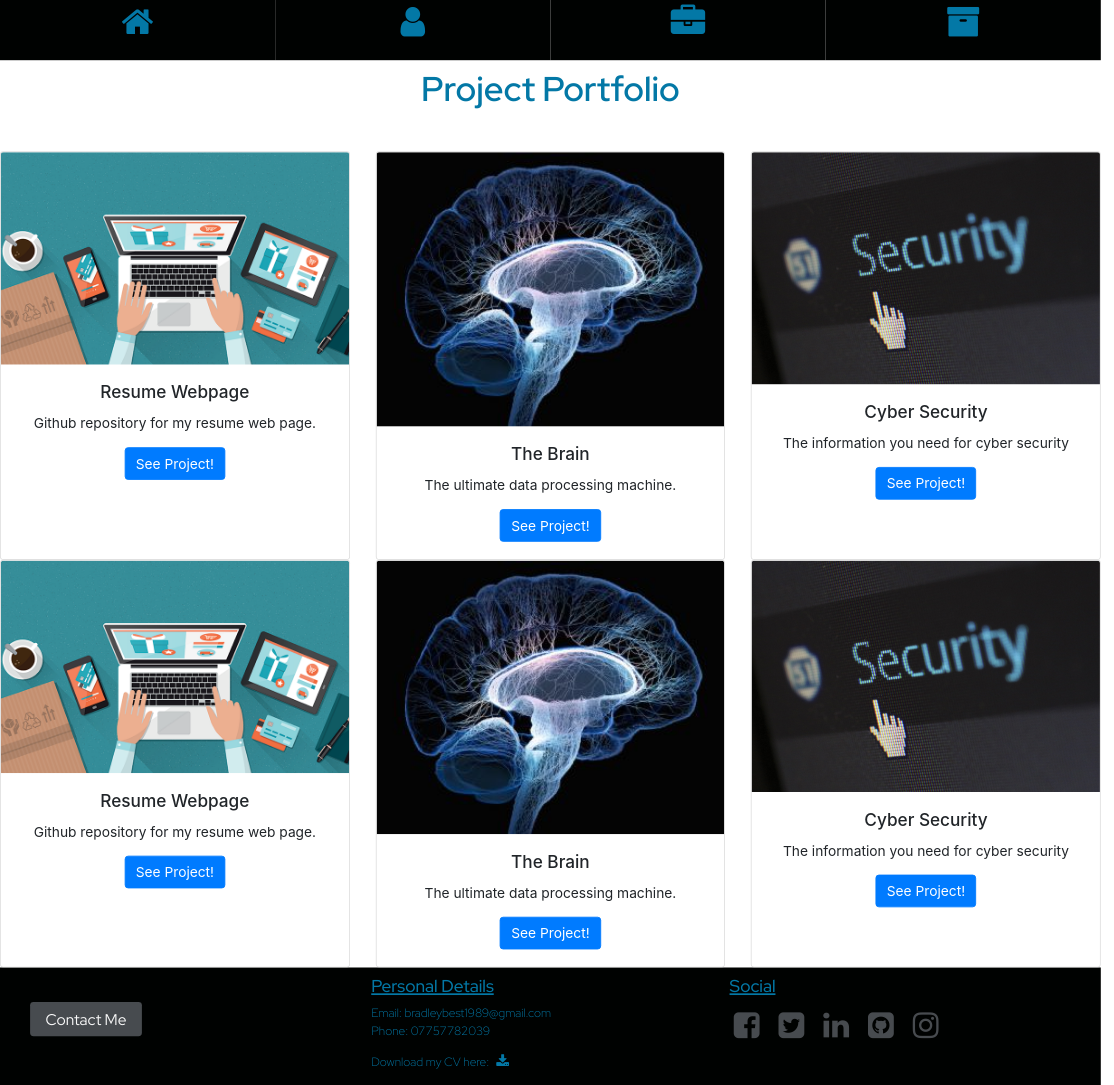
Repository: Brad000/Resume-project
Page: projects.html
The author's editor kept a record of every edit. The page is drawn from the files as they stood at one moment, then again after the next edit.
The browser window is 1280 px wide. The page is 1295 px wide, then 1280 px, so the pictures cover 1295 px, including what lies to the right of the window. The pictures show the whole page, at 86% of full size.

Above is the page before.

### projects.html
<!DOCTYPE html>
<html lang="en">

<head>
    <meta charset="UTF-8">
    <meta name="viewport" content="width=device-width, initial-scale=1.0">
    <meta http-equiv="X-UA-Compatible" content="ie=edge">
    <link rel="stylesheet" href="https://stackpath.bootstrapcdn.com/bootstrap/4.3.1/css/bootstrap.min.css" type="text/css" />
    <link rel="stylesheet" href="https://stackpath.bootstrapcdn.com/font-awesome/4.7.0/css/font-awesome.min.css" type="text/css" />
    <link rel="stylesheet" href="assets/css/style.css" type="text/css" />
    <link rel="stylesheet" href="https://cdnjs.cloudflare.com/ajax/libs/hover.css/2.3.1/css/hover-min.css" type="text/css" />
    <title>Bradley Best - Full Stack Web Developer</title>
</head>

<body>
    <!---------------------------NavBar------------------------------------>
    <header>
        <div class="row no-gutters">
            <div class="col-3 nav-item">
                <i class="fa fa-home"></i>
                <a id="nav-link" href="index.html">
                    <h5 id="nav-text">Home</h5>
                </a>
            </div>
            <div class="col-3 nav-item">
                <i class="fa fa-user"></i>
                <a id="nav-link" href="about-me.html">
                    <h5 id="nav-text">About Me</h5>
                </a>
            </div>
            <div class="col-3 nav-item">
                <i class="fa fa-briefcase"></i>
                <a id="nav-link" href="work-history.html">
                    <h5 id="nav-text">Work History</h5>
                </a>
            </div>
            <div class="col-3 nav-item">
                <i class="fa fa-archive"></i>
                <a id="nav-link" href="projects.html">
                    <h5 id="nav-text">Portfolio</h5>
                </a>
            </div>
        </div>
    </header>
    <!------------------------Project Portfolio------------------------------>
    <div class="row no-gutters">
        <div class="col-12 no-gutters">
            <h2 class="main-headings project-heading">Project Portfolio</h2>
        </div>
    </div>
    <div class="card-deck">
        <div class="card text-center">
            <img src="assets/images/online.png" class="card-img-top" alt="Resume Icon">
            <div class="card-body">
                <h5 class="card-title">Resume Webpage</h5>
                <p class="card-text">Github repository for my resume web page.</p>
                <a href="#" class="btn btn-primary">See Project!</a>
            </div>
        </div>
        <div class="card text-center">
            <img src="assets/images/brain.jpg" class="card-img-top" alt="The Human Brain">
            <div class="card-body">
                <h5 class="card-title">The Brain</h5>
                <p class="card-text">The ultimate data processing machine.</p>
                <a href="#" class="btn btn-primary">See Project!</a>
            </div>
        </div>
        <div class="card text-center">
            <img src="assets/images/cyber.jpg" class="card-img-top" alt="Cyber security logo">
            <div class="card-body">
                <h5 class="card-title">Cyber Security</h5>
                <p class="card-text">The information you need for cyber security</p>
                <a href="#" class="btn btn-primary">See Project!</a>
            </div>
        </div>
    </div>
    <div class="card-deck">
        <div class="card text-center">
            <img src="assets/images/online.png" class="card-img-top" alt="Resume Icon">
            <div class="card-body">
                <h5 class="card-title">Resume Webpage</h5>
                <p class="card-text">Github repository for my resume web page.</p>
                <a href="#" class="btn btn-primary">See Project!</a>
            </div>
        </div>
        <div class="card text-center">
            <img src="assets/images/brain.jpg" class="card-img-top" alt="The Human Brain">
            <div class="card-body">
                <h5 class="card-title">The Brain</h5>
                <p class="card-text">The ultimate data processing machine.</p>
                <a href="#" class="btn btn-primary">See Project!</a>
            </div>
        </div>
        <div class="card text-center">
            <img src="assets/images/cyber.jpg" class="card-img-top" alt="Cyber security logo">
            <div class="card-body">
                <h5 class="card-title">Cyber Security</h5>
                <p class="card-text">The information you need for cyber security</p>
                <a href="#" class="btn btn-primary">See Project!</a>
            </div>
        </div>
    </div>

    <!---------------------------Footer------------------------------------>

    <footer class="container-fluid">
        <div class="row no-gutters" id="footer-details">
            <div class="col-sm-4">
                <button type="button" class="btn btn-secondary contact-button" data-toggle="modal" data-target="#exampleModal">Contact Me</button>
            </div>
            <div class="col-sm-4 footer-headings">
                <h5 class="sub-headings">Personal Details</h5>
                <div class="key">
                    <p class="personal-info-text">
                        Email: bradleybest1989@gmail.com
                    </p>
                </div>
                <div class="personal-info-text">
                    <p>
                        Phone: 07757782039
                    </p>
                </div>
                <div class="personal-info-text">
                    <p class="cv-text">Download my CV here:
                        <span><a href="assets/cv/CV.pdf" target="_blank" class="cv-pdf"></a>
                        <i class="fa fa-download cv-link" aria-hidden="true"></i>
                        </span>
                    </p>
                </div>
            </div>
            <div class="col-sm-4">
                <h5 class="footer-headings sub-headings">Social</h5>
                <ul class="list-inline">
                    <li class="list-inline-item social-links">
                        <a target="_blank" href="https://www.facebook.com/profile.php?id=100010751790168">
                            <i class="fa fa-facebook-square" aria-hidden="true"></i>
                            <span class="sr-only">Facebook</span>
                        </a>
                    </li>
                    <li class="list-inline-item social-links">
                        <a target="_blank" href="https://twitter.com/BradleyBest28">
                            <i class="fa fa-twitter-square" aria-hidden="true"></i>
                            <span class="sr-only">Twitter</span>
                        </a>
                    </li>
                    <li class="list-inline-item social-links">
                        <a target="_blank" href="https://www.linkedin.com/in/bradley-best-b56072188/">
                            <i class="fa fa-linkedin" aria-hidden="true"></i>
                            <span class="sr-only">Linkedin</span>
                        </a>
                    </li>
                    <li class="list-inline-item social-links">
                        <a target="_blank" href="https://github.com/Brad000/Resume-project">
                            <i class="fa fa-github-square" aria-hidden="true"></i>
                            <span class="sr-only">GitHub</span>
                        </a>
                    </li>
                    <li class="list-inline-item social-links">
                        <a target="_blank" href="https://www.instagram.com/brad_best0/?hl=en">
                            <i class="fa fa-instagram" aria-hidden="true"></i>
                            <span class="sr-only">Instagram</span>
                        </a>
                    </li>
                </ul>
            </div>
        </div>
    </footer>
</body>

</html>

### assets/css/style.css
@import url('https://fonts.googleapis.com/css?family=Red+Hat+Display:100,200,300,400,500,600,700');

/*-------------------Nav----------------------*/

.background {
  height: 100vh;
  width: 100%;
}

.nav-item {
  height: 70px;
  background-color: #000201;
  text-align: center;
  padding: 0;
}

.fa-home,
.fa-user,
.fa-archive,
.fa-briefcase {
  font-size: 25px;
  color: #0378A6;
  padding: 10px;
}

#nav-text {
  font-family: 'Red Hat Display', sans-serif;
  font-size: 12px;
  font-weight: 600;
  color: #0378A6;
  opacity: 1;
  cursor: pointer;
  text-decoration: none;
  transition: opacity 0.5s ease-in-out;
  -moz-transition: opacity 0.5s ease-in-out;
  -webkit-transition: opacity 0.5s ease-in-out;
  -o-transition: opacity 0.5s ease-in-out;
}

#nav-text:hover {
  opacity: 1;
}

#nav-link {
  text-decoration: none;
}

.landing-name {
  position: absolute;
  margin: 0;
  top: 40%;
  left: 50%;
  transform: translate(-50%, -50%);
  color: #fafafa;
  font-family: 'Red Hat Display', sans-serif;
  font-weight: 100;
  font-size: 26px;
}

.landing-text {
  position: absolute;
  top: 50%;
  left: 50%;
  transform: translate(-50%, -50%);
  color: #fafafa;
  font-family: 'Red Hat Display', sans-serif;
  font-weight: 400;
  font-size: 14px;
}


/*-------------------About Me-----------------*/

.about-me-container {
  background-color: #0378A6;
}

.about-me-text {
  padding-left: 15px;
  padding-right: 15px;
  font-family: 'Red Hat Display', sans-serif;
  color: #fafafa;
}

.main-headings {
  padding-top: 10px;
  padding-bottom: 25px;
  text-align: center;
  font-weight: 600;
  font-size: 40px;
}

.headings {
  padding-bottom: 10px;
  font-size: 25px;
  font-weight: 300;
}

.about-me-para {
  padding-bottom: 5px;
  font-size: 16px;
  line-height: 1.8em;
  font-weight: 100;
}

/*-------------------Skills-------------------*/

.skills-container {
  background-color: #fafafa
}

.skills-text {
  font-family: 'Red Hat Display', sans-serif;
  color: #0378a6;
  padding-left: 15px;
  padding-right: 15px;
}

.skills-heading {
  text-align: left;
  color: #0378a6;
  font-size: 25px;
  font-weight: 500;
  padding-top: 10px;
}

.fa-desktop,
.fa-cog,
.fa-book {
  padding-right: 10px;
  font-size: 28px;
}

.skills-para {
  padding-bottom: 30px;
  font-size: 16px;
  line-height: 1.8em;
  font-weight: 400;
}

@keyframes load {
  from {
    width: 0%
  }
}

@-webkit-keyframes load {
  from {
    width: 0%
  }
}

@-moz-keyframes load {
  from {
    width: 0%
  }
}

@-o-keyframes load {
  from {
    width: 0%
  }
}

.bar {
  background-color: #5f6366;
  padding: 0;
  border-radius: 5px;
  margin-bottom: 20px;
  font-size: 14px;
  color: #5f6366;
  font-weight: 300;
  font-family: 'Red Hat Display', sans-serif;
  text-shadow: 1px 1px 1px rgba(0, 0, 0, 0.5);
  margin-left: 20px;
  margin-right: 20px;
}

.bar::before {
  content: attr(data-skill);
  background-color: #04C4D9;
  display: inline-block;
  padding: 5px 0 5px 10px;
  border-radius: inherit;
  animation: load 2s 0s;
  -webkit-animation: load 2s 0s;
  -moz-animation: load 2s 0s;
  -o-animation: load 2s 0s;
}

.bar.front::before {
  background-color: #90ccf4;
}

.bar.back::before {
  background-color: #5da2d5;
}

.bar.learning::before {
  background-color: #f78888;
}

.bar.learning::before {
  width: calc(20% - 10px);
}

.bar.basic::before {
  width: calc(40% - 10px);
}

.bar.intermediate::before {
  width: calc(60% - 10px);
}

.bar.advanced::before {
  width: calc(70% - 10px);
}

.bar.expert::before {
  width: calc(90% - 10px);
}

/*---------------Work History------------------*/

.work-history-container {
  background-color: #fafafa
}

.work-headings {
  font-family: 'Red Hat Display', sans-serif;
  color: #0378a6;
  padding-left: 15px;
  padding-right: 15px;
}

.timeline-item {
  padding: 4em 2em 0em 2em;
  position: relative;
  color: #0378a6;
  border-left: 3px solid;
  margin-left: 30px;
  font-family: 'Red Hat Display', sans-serif;
}

.timeline-item p {
  padding: 0;
  margin: 0;
}

.timeline-item:before {
  content: attr(data-dates);
  position: absolute;
  left: 2.5em;
  top: 3em;
  display: block;
  font-family: 'Red Hat Display', sans-serif;
  font-weight: 500;
  font-size: 0.8em;
  padding: 0;
  margin: 0;
}

.timeline-item:after {
  width: 14px;
  height: 14px;
  display: block;
  top: 2.4em;
  position: absolute;
  left: -8px;
  border-radius: 12px;
  content: ' ';
  background: #0378a6;
}

.history-items {
  margin-bottom: 55px;
}

#work-link {
  color: #0378a6;
}

/*-------------------Why Web-------------------*/

.why-web-container {
  background-color: #0378A6;
}

.why-headings {
  padding-left: 15px;
  padding-right: 15px;
  padding-bottom: 65px;
  font-family: 'Red Hat Display', sans-serif;
  color: #fafafa;
}

.why-para {
  font-family: 'Red Hat Display', sans-serif;
  padding-left: 20px;
  padding-right: 20px;
  padding-bottom: 5px;
  font-size: 18px;
  line-height: 1.9em;
  font-weight: 100;
  color: #fafafa;
}

.quote {
  font-family: 'Red Hat Display', sans-serif;
  font-size: 18px;
  line-height: 1.8em;
  font-weight: 600;
  color: #fafafa;
  padding-bottom: 5px;
  padding-top: 70px;
  padding-left: 20px;
  padding-right: 20px;
}

/*---------------Project Portfolio------------*/

.project-heading {
  font-family: 'Red Hat Display', sans-serif;
  color: #0378A6;
  padding-bottom: 40px;
}

#card-left {
  margin-left: 25px;
  margin-bottom: 10px;
}

/*-------------------Footer-------------------*/

footer {
  background-color: #000201;
  color: #0378A6;
  min-height: 120px;
  margin: 0;
  font-size: 18px;
  font-family: 'Red Hat Display', sans-serif;
  font-weight: 300;

}

.sub-headings {
  padding-top: 10px;
  text-decoration: underline;
}

.contact-button {
  width: 130px;
  border: 0;
  height: 40px;
  margin-left: 0;
  margin-top: 10px;
  margin-bottom: 10px;
  text-align: center;
  font-size: 18px;
  color: #fafafa;
  background: #474b4f;
  transition: background 0.5s ease-in-out;
  -moz-transition: background 0.5s ease-in-out;
  -webkit-transition: background 0.5s ease-in-out;
  -o-transition: background 0.5s ease-in-out;
}

.contact-button:hover {
  background-color: #04C4D9;
}

.personal-info-text {
  margin: 0;
  font-size: 14px;
  font-weight: 200;
}

.cv-link {
  margin-left: 5px;
  font-size: 16px;
  color: #0378A6;
  transition: color 0.5s ease-in-out;
  -moz-transition: color 0.5s ease-in-out;
  -webkit-transition: color 0.5s ease-in-out;
  -o-transition: color 0.5s ease-in-out;
}

.cv-link:hover {
  color: #025E73;
  cursor: pointer;
}

.social-links a {
  color: #474b4f;
  font-size: 35px;
  padding: 5px;
  transition: color 0.5s ease-in-out;
  -moz-transition: color 0.5s ease-in-out;
  -webkit-transition: color 0.5s ease-in-out;
  -o-transition: color 0.5s ease-in-out;
}

.social-links a:hover {
  color: #04C4D9;
}

/*----------------Media Queries---------------*/

@media(min-width: 575px) {
  .contact-button {
    margin-top: 40px;
    margin-left: 20px;
  }
}

@media(min-width: 575px) {
  .fa-home,
  .fa-user,
  .fa-archive,
  .fa-briefcase {
    font-size: 40px;
    padding: 5px;
  }
}

@media(min-width: 575px) {
  #nav-text {
    opacity: 0;
    font-size: 14px;
  }
}

@media(min-width: 374px) {
  .landing-name {
    font-size: 33px;
  }
  .landing-text {
    font-size: 16px;
  }
}

@media(min-width: 767px) {
  .landing-name {
    font-size: 60px;
    padding-bottom: 15px;
  }
  .landing-text {
    font-size: 30px;
  }
}

@media(min-width: 1024px) {
  .landing-name {
    font-size: 80px;
  }
  .landing-text {
    font-size: 40px;
  }
}

After the next edit:
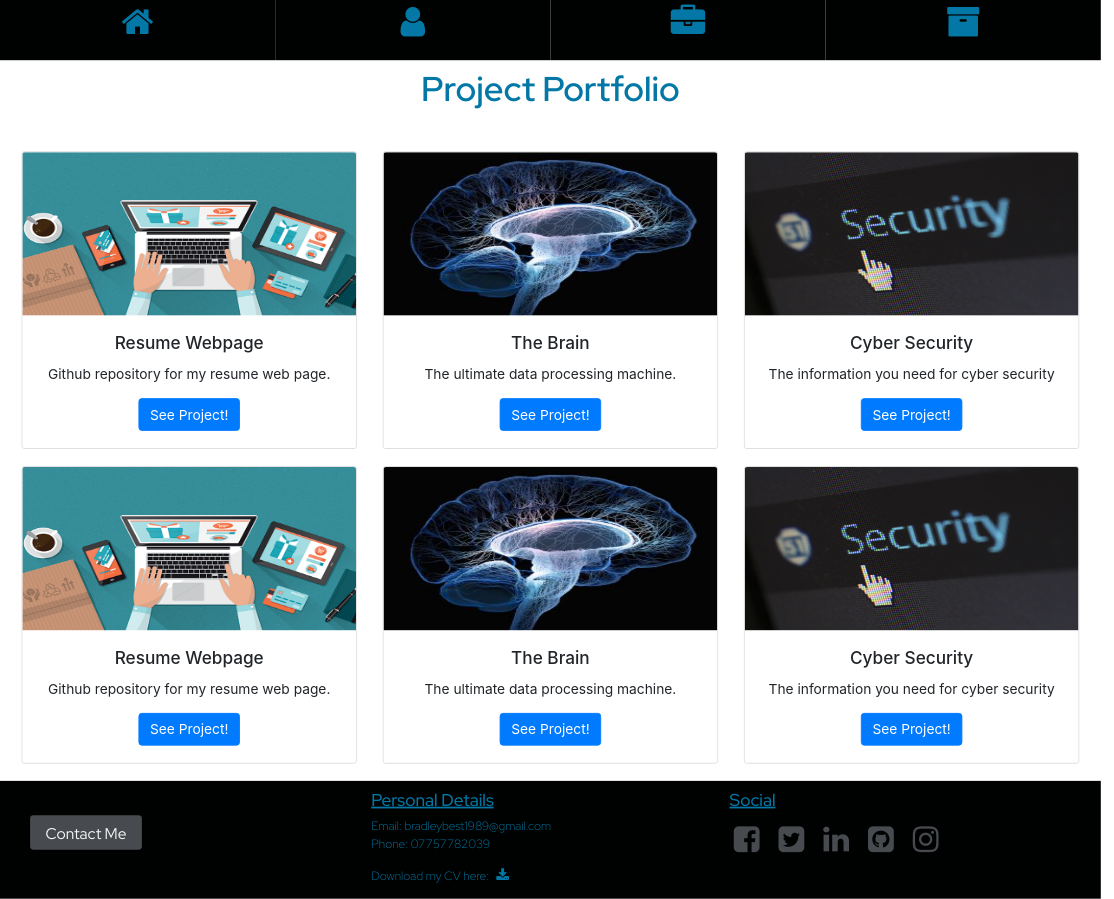
The edit:
--- a/assets/css/style.css
+++ b/assets/css/style.css
@@ -325,9 +325,15 @@
   padding-bottom: 40px;
 }
 
-#card-left {
-  margin-left: 25px;
-  margin-bottom: 10px;
+.card-deck {
+  margin: 0;
+  padding-bottom: 20px;
+  padding-left: 10px;
+  padding-right: 10px;
+}
+
+.card-img-top {
+  max-height: 190px;
 }
 
 /*-------------------Footer-------------------*/
